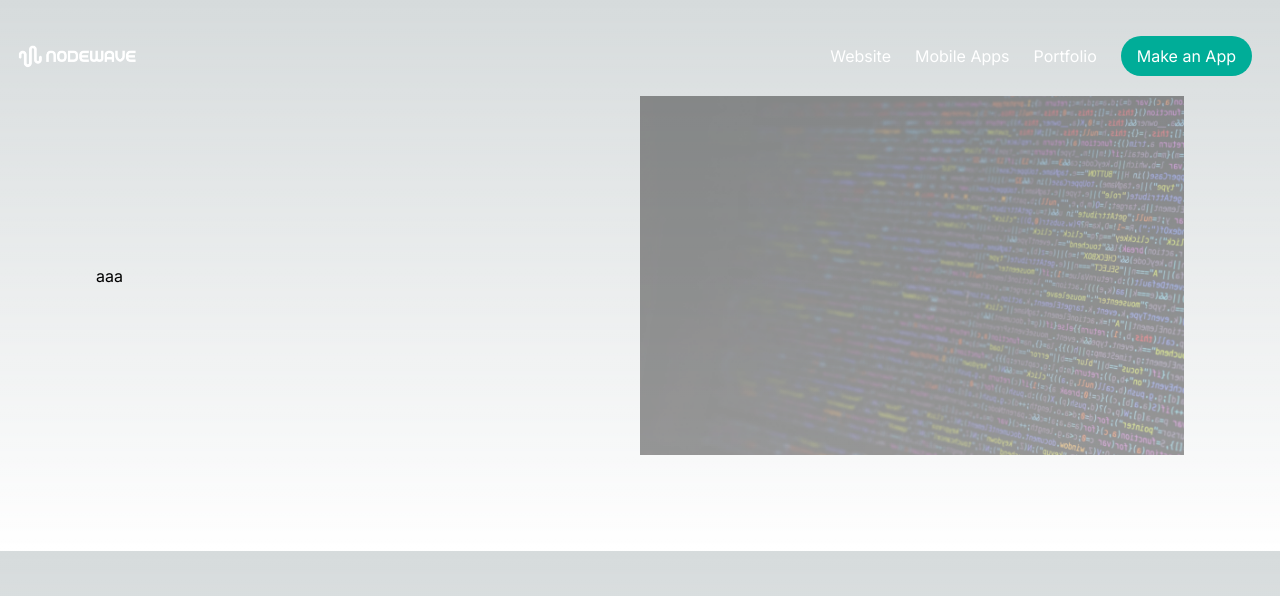
Repository: farrelmuhammad/nodewave
Page: /
The author's editor kept a copy of each file at every save. The page is drawn from the files as they stood at one save, then again after the next save.
The browser window is 1280 px wide. The pictures show the whole page.
The project was rebuilt for these pictures with package versions that can differ from the ones it lists, and the page was loaded fresh each time. The framework's server and built-in components were replaced by stand-ins that run in the browser. Also part of the build but not shown: next.config.js.

Above is the page before, as saved 2023-09-08 13:03:21.

### src/app/page.js
import Hero from '@/components/Hero'
import Navbar from '@/components/Navbar'

export default function Home() {
  return (
    <>
      <Navbar />
      <Hero />
    </>
  )
}

### src/app/globals.css
@tailwind base;
@tailwind components;
@tailwind utilities;

@import url('https://fonts.googleapis.com/css2?family=Poppins:wght@300;400;500;600;700&display=swap');

:root {
  --foreground-rgb: 0, 0, 0;
  --background-start-rgb: 214, 219, 220;
  --background-end-rgb: 255, 255, 255;
  font-family: 'Poppins', sans-serif;
}

@media (prefers-color-scheme: dark) {
  :root {
    --foreground-rgb: 255, 255, 255;
    --background-start-rgb: 0, 0, 0;
    --background-end-rgb: 0, 0, 0;
  }
}

body {
  color: rgb(var(--foreground-rgb));
  background: linear-gradient(
      to bottom,
      transparent,
      rgb(var(--background-end-rgb))
    )
    rgb(var(--background-start-rgb));
}

@media only screen and (max-width: 768px) {
  .hero .hero-image,
  .hero .hero-caption {
    min-height: 90vh;
  }
  .hero .hero-cta {
    @apply w-12 h-12;
    transform: translateX(-75px) translateY(-50%);
    background-size: 37.5%;
  }
}

### src/components/Hero.jsx
import React from "react";
import Image from "next/image";

const Hero = () => {
  return (
    <main className="flex h-full items-center justify-between p-24 hero">
      <div className="w-1/2">aaa</div>
      <div className="w-1/2">
        <div class="relative hero-image">
          <div class="overlay inset-0 bg-black opacity-35 z-10"></div>
          <img
            src="/assets/background.png"
            alt="hero 1"
            class="absolute inset-0 md:relative w-full h-full object-cover object-center"
          />
        </div>
      </div>
    </main>
  );
};

export default Hero;

### src/components/Navbar.jsx
import React from "react";
import Image from "next/image";

const Navbar = () => {
  return (
    <header class="absolute w-full z-50 px-4">
      <div class="container mx-auto py-5">
        <div class="flex flex-stretch items-center">
          <div class="w-56 items-center flex">
            <Image src="/assets/Logo.png" width={226} height={100} alt="Logo" />
          </div>
          <div class="w-full"></div>
          <div class="w-auto py-4">
            <ul
              class="fixed bg-white inset-0 flex flex-col invisible items-center justify-center opacity-0 md:visible md:flex-row md:bg-transparent md:relative md:opacity-100 md:flex md:items-center"
              id="menu"
            >
              <li class="mx-3 py-6 md:py-0">
                <a href="#" class="text-black md:text-white hover:underline">
                  Website
                </a>
              </li>
              <li class="mx-3 py-6 md:py-0">
                <a
                  href="#"
                  class="text-black md:text-white hover:underline whitespace-nowrap overflow-ellipsis"
                >
                  Mobile Apps
                </a>
              </li>
              <li class="mx-3 py-6 md:py-0">
                <a href="#" class="text-black md:text-white hover:underline">
                  Portfolio
                </a>
              </li>
              <li class="mx-3 py-6 md:py-0">
                <button class="px-4 py-2 bg-[#00AD98] rounded-full">
                  <a
                    href="#"
                    class="text-black md:text-white hover:underline whitespace-nowrap overflow-ellipsis"
                  >
                    Make an App
                  </a>
                </button>
              </li>
            </ul>
          </div>
          <div class="w-auto">
            <ul class="items-center flex">
              <li class="ml-6 block md:hidden">
                <button
                  id="menu-toggler"
                  class="relative flex z-50 items-center justify-center w-8 h-8 text-black md:text-white focus:outline-none"
                >
                  <svg
                    class="fill-current"
                    width="18"
                    height="17"
                    viewBox="0 0 18 17"
                  >
                    <path d="M15.9773 0.461304H1.04219C0.466585 0.461304 0 0.790267 0 1.19609C0 1.60192 0.466668 1.93088 1.04219 1.93088H15.9773C16.5529 1.93088 17.0195 1.60192 17.0195 1.19609C17.0195 0.790208 16.5529 0.461304 15.9773 0.461304Z" />
                    <path d="M15.9773 7.68802H1.04219C0.466585 7.68802 0 8.01698 0 8.42281C0 8.82864 0.466668 9.1576 1.04219 9.1576H15.9773C16.5529 9.1576 17.0195 8.82864 17.0195 8.42281C17.0195 8.01692 16.5529 7.68802 15.9773 7.68802Z" />
                    <path d="M15.9773 14.9147H1.04219C0.466585 14.9147 0 15.2437 0 15.6495C0 16.0553 0.466668 16.3843 1.04219 16.3843H15.9773C16.5529 16.3843 17.0195 16.0553 17.0195 15.6495C17.0195 15.2436 16.5529 14.9147 15.9773 14.9147Z" />
                  </svg>
                </button>
              </li>
            </ul>
          </div>
        </div>
      </div>
    </header>
  );
};

export default Navbar;

Loaded but not shown: src/app/layout.js (common file); tailwind.config.js (common file)

After the next save:
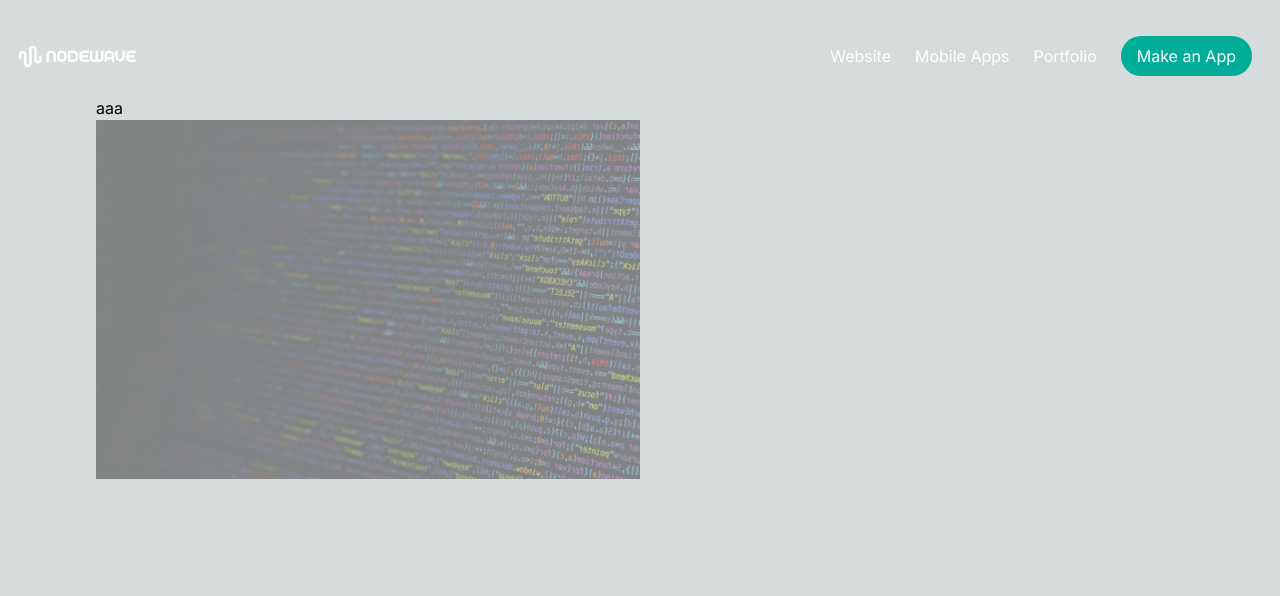
Saved 25 s later.
--- a/src/components/Hero.jsx
+++ b/src/components/Hero.jsx
@@ -3,7 +3,7 @@
 
 const Hero = () => {
   return (
-    <main className="flex h-full items-center justify-between p-24 hero">
+    <main className="absolute h-full items-center justify-between p-24 hero">
       <div className="w-1/2">aaa</div>
       <div className="w-1/2">
         <div class="relative hero-image">

After the save that followed:
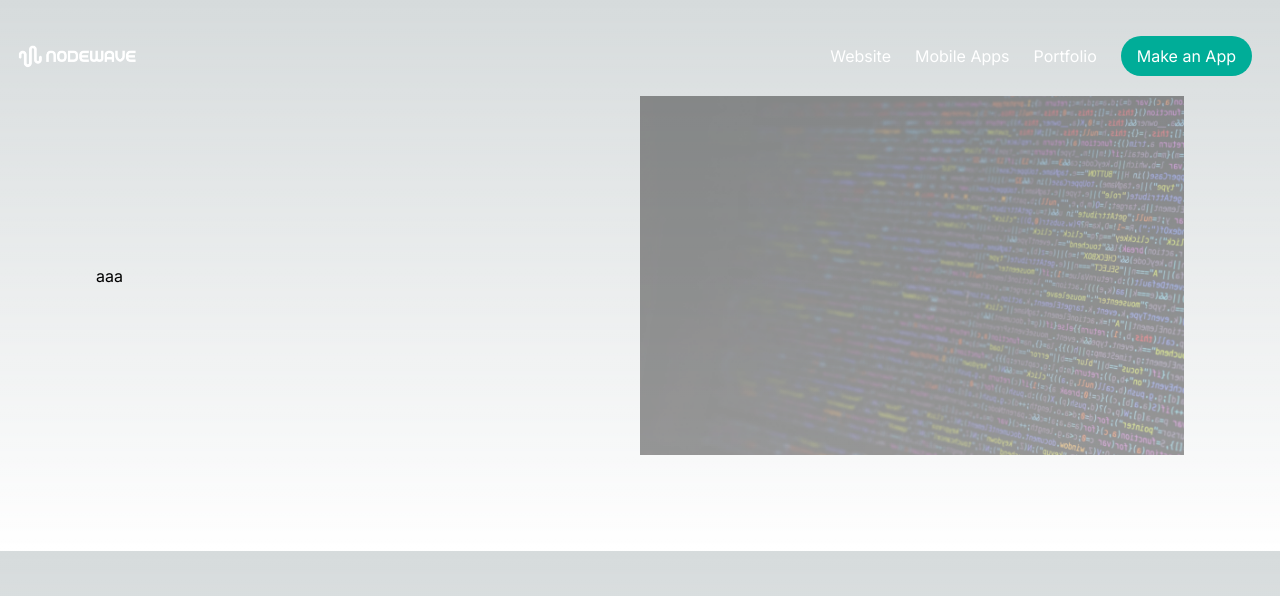
Saved 5 s later.
--- a/src/components/Hero.jsx
+++ b/src/components/Hero.jsx
@@ -3,7 +3,7 @@
 
 const Hero = () => {
   return (
-    <main className="absolute h-full items-center justify-between p-24 hero">
+    <main className="flex h-full items-center justify-between p-24 hero">
       <div className="w-1/2">aaa</div>
       <div className="w-1/2">
         <div class="relative hero-image">
